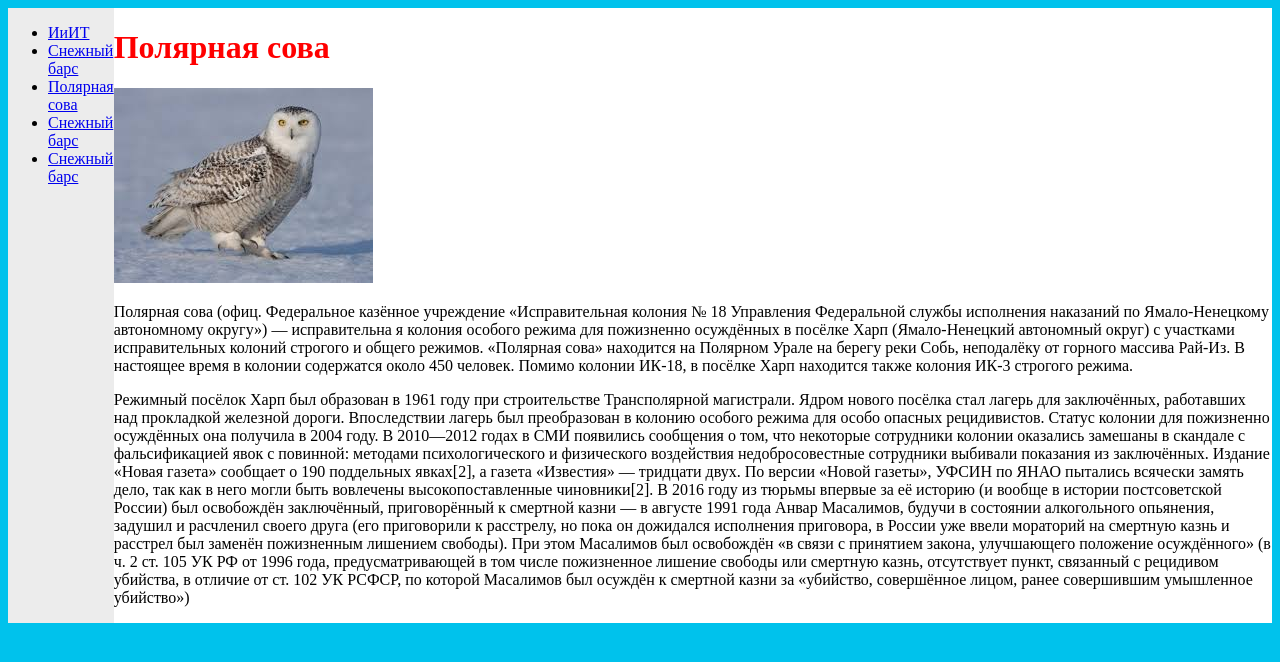
Repository: polinamalysheva/polina.github.io
Page: week11/3.html
The author's editor kept a record of every edit. The page is drawn from the files as they stood at one moment, then again after the next edit.
The browser window is 1280 px wide. The pictures show the whole page.

Above is the page before.

### week11/3.html
<!DOCTYPE html>
<html>
 <head>
   <meta charset="utf-8">
        <title>ИиИТ</title>
        <link href="style.css" rel="stylesheet">
 </head>
 <body>
     <div id="flex">
         <nav>
                <ul>
                    <li><a href="index.html">ИиИТ</a></li>
                    <li><a href="2.html">Снежный барс </a></li>
                    <li><a href="3.html">Полярная сова </a></li>
                    <li><a href="4.html">Снежный барс </a></li>
                    <li><a href="5.html">Снежный барс </a></li>
                </ul>
            </nav>
     <main>
  <h1>Полярная сова</h1>
  <img src="sova.jpg">
  <p>
   Полярная сова  (офиц. Федеральное казённое учреждение «Исправительная колония № 18 Управления Федеральной службы исполнения наказаний по Ямало-Ненецкому автономному округу») — исправительна
   я колония особого режима для пожизненно осуждённых в посёлке Харп (Ямало-Ненецкий автономный округ) с участками исправительных колоний строгого и общего режимов. «Полярная сова» находится
   на Полярном Урале на берегу реки Собь, неподалёку от горного массива Рай-Из. В настоящее время в колонии содержатся около 450 человек.
   Помимо колонии ИК-18, в посёлке Харп находится также колония ИК-3 строгого режима.</p>
  <p>
   Режимный посёлок Харп был образован в 1961 году при строительстве Трансполярной магистрали. Ядром нового посёлка стал лагерь для заключённых, работавших над прокладкой железной дороги.
   Впоследствии лагерь был преобразован в колонию особого режима для особо опасных рецидивистов. Статус колонии для пожизненно осуждённых она получила в 2004 году.
   В 2010—2012 годах в СМИ появились сообщения о том, что некоторые сотрудники колонии оказались замешаны в скандале с фальсификацией явок с повинной: методами психологического и
   физического воздействия недобросовестные сотрудники выбивали показания из заключённых. Издание «Новая газета» сообщает о 190 поддельных явках[2], а газета «Известия» — тридцати двух.
   По версии «Новой газеты», УФСИН по ЯНАО пытались всячески замять дело, так как в него могли быть вовлечены высокопоставленные чиновники[2].

   В 2016 году из тюрьмы впервые за её историю (и вообще в истории постсоветской России) был освобождён заключённый, приговорённый к смертной казни — в августе 1991 года Анвар Масалимов,
   будучи в состоянии алкогольного опьянения, задушил и расчленил своего друга (его приговорили к расстрелу, но пока он дожидался исполнения приговора, в России уже ввели мораторий на
   смертную казнь и расстрел был заменён пожизненным лишением свободы). При этом Масалимов был освобождён «в связи с принятием закона, улучшающего положение осуждённого»
   (в ч. 2 ст. 105 УК РФ от 1996 года, предусматривающей в том числе пожизненное лишение свободы или смертную казнь, отсутствует пункт, связанный с рецидивом убийства, в отличие от ст. 102 УК РСФСР,
   по которой Масалимов был осуждён к смертной казни за «убийство, совершённое лицом, ранее совершившим умышленное убийство»)</p>
     </main>
    </div>
 </body>
</html>

### week11/style.css
body {
    background-color: #00c2ec;
}
#flex {
    display: flex;
    flex-direction: row;
}
#google {
    display: flex;
    flex-direction: row;
    padding: 10px;
    position: absolute;
    top: 50%;
    left: 50%;
    margin-right: -50%;
}
#google2 {
    display: flex;
    flex-direction: row;
    padding: 10px;
    position: absolute;
    top: 80%;
    left: 50%;
    margin-right: -50%;
}
nav {
    background-color: #ececec;
}
main {
    background-color: #ffffff;
}
h1 {
    color: red;
}

After the next edit:
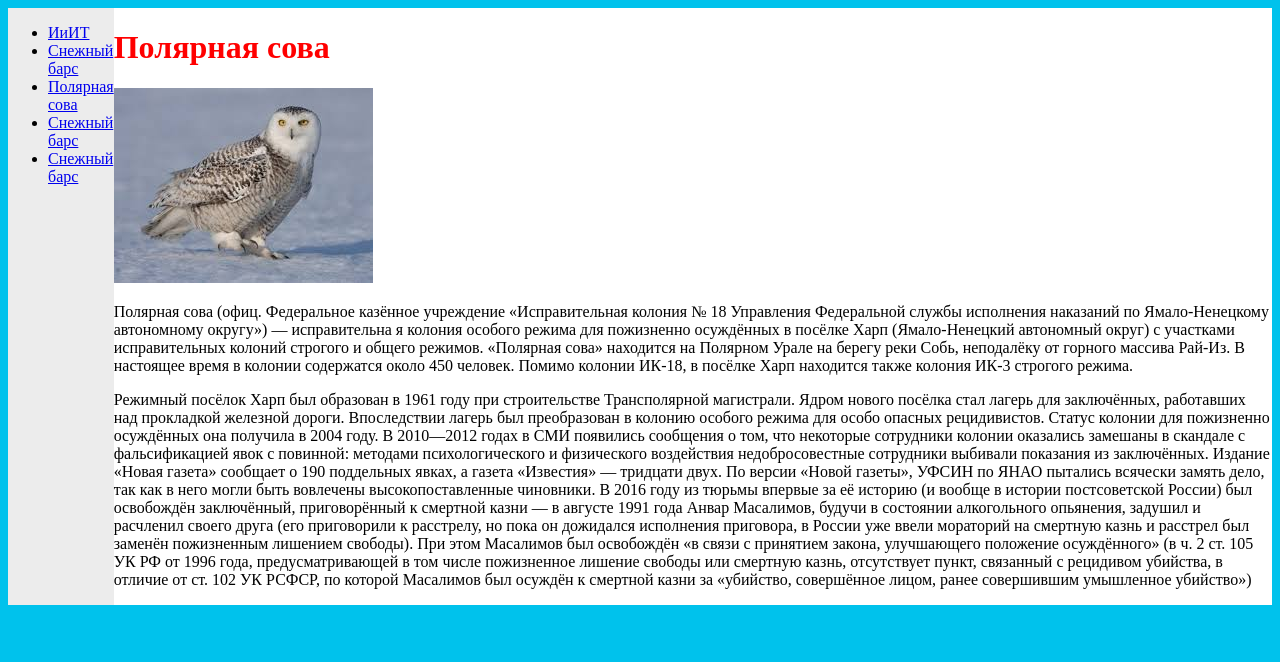
The edit:
--- a/week11/3.html
+++ b/week11/3.html
@@ -28,8 +28,8 @@
    Режимный посёлок Харп был образован в 1961 году при строительстве Трансполярной магистрали. Ядром нового посёлка стал лагерь для заключённых, работавших над прокладкой железной дороги.
    Впоследствии лагерь был преобразован в колонию особого режима для особо опасных рецидивистов. Статус колонии для пожизненно осуждённых она получила в 2004 году.
    В 2010—2012 годах в СМИ появились сообщения о том, что некоторые сотрудники колонии оказались замешаны в скандале с фальсификацией явок с повинной: методами психологического и
-   физического воздействия недобросовестные сотрудники выбивали показания из заключённых. Издание «Новая газета» сообщает о 190 поддельных явках[2], а газета «Известия» — тридцати двух.
-   По версии «Новой газеты», УФСИН по ЯНАО пытались всячески замять дело, так как в него могли быть вовлечены высокопоставленные чиновники[2].
+   физического воздействия недобросовестные сотрудники выбивали показания из заключённых. Издание «Новая газета» сообщает о 190 поддельных явках, а газета «Известия» — тридцати двух.
+   По версии «Новой газеты», УФСИН по ЯНАО пытались всячески замять дело, так как в него могли быть вовлечены высокопоставленные чиновники.
 
    В 2016 году из тюрьмы впервые за её историю (и вообще в истории постсоветской России) был освобождён заключённый, приговорённый к смертной казни — в августе 1991 года Анвар Масалимов,
    будучи в состоянии алкогольного опьянения, задушил и расчленил своего друга (его приговорили к расстрелу, но пока он дожидался исполнения приговора, в России уже ввели мораторий на
